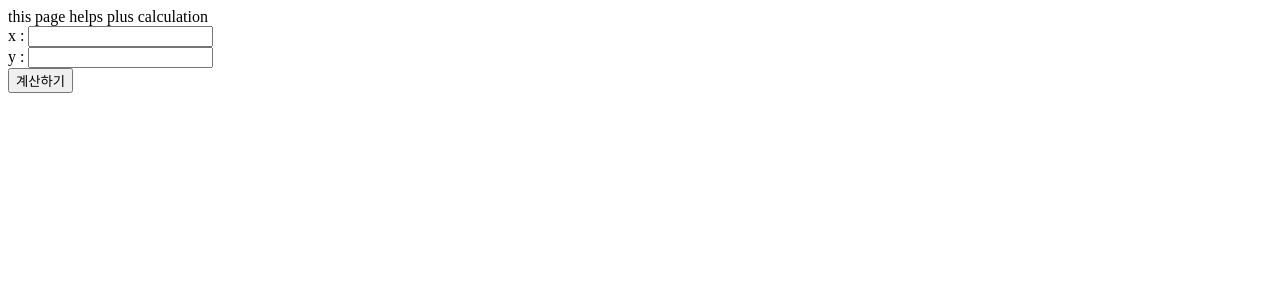
Repository: Jason-TG/workspace
Page: http://localhost/JSP_Project/add2.jsp
These files come from the project's save history. The page is drawn as it stood at one moment and after the next save; the edit follows.
The browser window is 1280 px wide. The pictures show the whole page.
The page is served by Tomcat 9.

Above is the page before, as saved 2021-07-09 05:26:32.

After the next save:
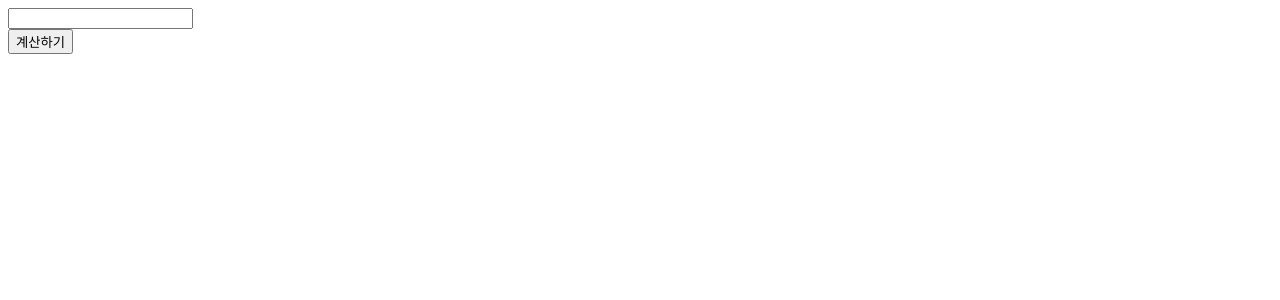
Saved 6 min 34 s later.
--- a/JSP_Project/src/main/webapp/add2.jsp
+++ b/JSP_Project/src/main/webapp/add2.jsp
@@ -14,20 +14,23 @@
 <body>
 
 	<div>
-		<form action="add" method="post">
+
+		<form action="add2" method="post">
+
 			<div>
-				<label>this page helps plus calculation</label>
+				<label> </label>
 			</div>
+
 			<div>
-				<label>x : </label> <input type="text" name="x" />
+				<input type="text" name="num" />
 			</div>
-			<div>
-				<label>y : </label> <input type="text" name="y" />
-			</div>
+
 			<div>
 				<input type="submit" value="계산하기" />
 			</div>
+
 		</form>
+
 	</div>
 
 </body>
